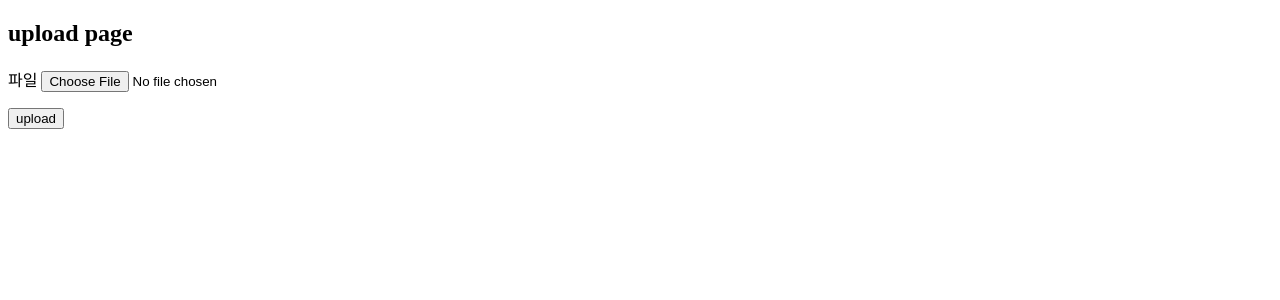
Repository: porivas/140630_Java
Page: http://localhost/140929_mp3_Prof/upload
An editor plug-in stored every save of this project. The page is shown before and after the next save, followed by the edit.
The browser window is 1280 px wide. The pictures show the whole page.
The page is served by Tomcat 9. Other server files are loaded and not shown.

Above is the page before, as saved 2014-09-29 11:39:49.

### 140929_mp3_Prof/WebContent/WEB-INF/jsp/upload.jsp
<%@ page language="java" contentType="text/html; charset=UTF-8"
    pageEncoding="UTF-8"%>
<%@ taglib prefix="c" uri="http://java.sun.com/jsp/jstl/core"%>
<!DOCTYPE html PUBLIC "-//W3C//DTD HTML 4.01 Transitional//EN" "http://www.w3.org/TR/html4/loose.dtd">
<html>
<head>
<meta http-equiv="Content-Type" content="text/html; charset=UTF-8">
<title>Insert title here</title>
</head>
<body>
	<h2>upload page</h2>

	<form method="post" action="upload" enctype="multipart/form-data" >
	<p> 파일 <input type = "file" name="filename"></p>
	<!--
	<p> 파일설명 <input type = "text" name="desc"></p>
	 -->
	<p><input type='submit' value='upload'></p>
	</form>

</body>
</html>

### 140929_mp3_Prof/src/org/thinker/mp3/controller/UploadController1.java
package org.thinker.mp3.controller;

import java.io.File;
import java.io.IOException;
import java.util.UUID;

import javax.servlet.ServletException;
import javax.servlet.annotation.MultipartConfig;
import javax.servlet.annotation.WebServlet;
import javax.servlet.http.HttpServlet;
import javax.servlet.http.HttpServletRequest;
import javax.servlet.http.HttpServletResponse;
import javax.servlet.http.Part;

import org.thinker.mp3.service.Mp3Service;
import org.thinker.mp3.vo.MP3;

/**
 * Servlet implementation class UploadController
 */
@WebServlet("/upload")
@MultipartConfig(fileSizeThreshold = 1024 * 1024 * 2, // 2MB
maxFileSize = 1024 * 1024 * 10, // 10MB
maxRequestSize = 1024 * 1024 * 50)
// 50MB
public class UploadController1 extends HttpServlet {
	private static final long serialVersionUID = 1L;

	/**
	 * @see HttpServlet#HttpServlet()
	 */
	public UploadController1() {
		super();
		// TODO Auto-generated constructor stub
	}

	/**
	 * @see HttpServlet#doGet(HttpServletRequest request, HttpServletResponse
	 *      response)
	 */
	protected void doGet(HttpServletRequest request,
			HttpServletResponse response) throws ServletException, IOException {

		request.getRequestDispatcher("/WEB-INF/jsp/upload.jsp").forward(
				request, response);
	}

	/**
	 * @see HttpServlet#doPost(HttpServletRequest request, HttpServletResponse
	 *      response)
	 */
	protected void doPost(HttpServletRequest request,
			HttpServletResponse response) throws ServletException, IOException {

		MP3 mp3 = new MP3(request.getParameter("filename"),
				request.getParameter("desc"));

		Mp3Service.instance.addMp3(mp3);

		System.out.println(mp3);

		response.sendRedirect("upload");
		// 사용자의 URL자체가 List를 가르키게 함.

		/**
		 * handles file upload
		 */
		// gets absolute path of the web application
//		String appPath = request.getServletContext().getRealPath("");
		String appPath = "C:\\zzz";
//		String appPath = new ListController().path;
		System.out.println(appPath);
//		appPath.replace("\\", "/");
//		System.out.println(appPath);
		// constructs path of the directory to save uploaded file
		String key = UUID.randomUUID().toString();
		String savePath = appPath + File.separator;

// creates the save directory if it does not exists
//		File fileSaveDir = new File(savePath);
//		if (!fileSaveDir.exists()) {
//			fileSaveDir.mkdir();
//		}
		System.out.println(savePath);
//		System.out.println(request.getParts());

		for (Part part : request.getParts()) {
			String filename = extractfilename(part);
//			String filename = request.getParameter("filename");
			part.write(savePath + File.separator + key +'_'+ filename);
		}
		System.out.println("업로드 프로세스 종료");
//		getServletContext().getRequestDispatcher("/WEB-INF/jsp/message.jsp").forward(
//				request, response);

	}

	/**
	 * Extracts file name from HTTP header content-disposition
	 */
	private String extractfilename(Part part) {
		String contentDisp = part.getHeader("content-disposition");
		String[] items = contentDisp.split(";");
		for (String s : items) {
			if (s.trim().startsWith("filename")) {
				return s.substring(s.indexOf("=") + 2, s.length() - 1);
			}
		}
		return "";
	}

}

After the next save:
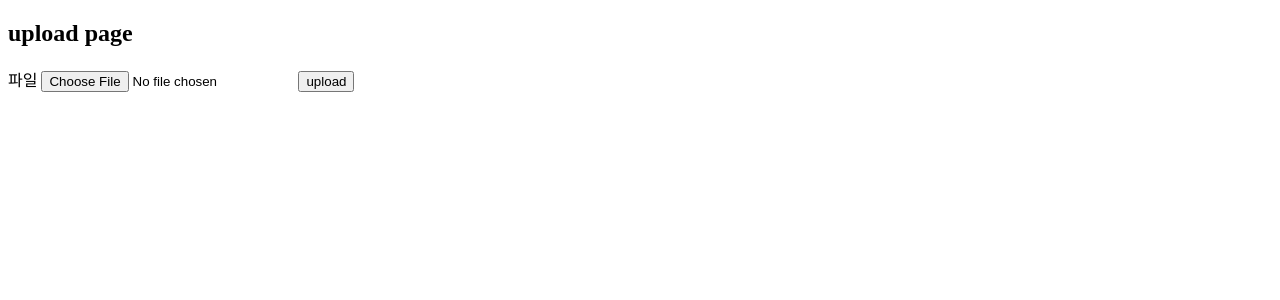
Saved 25 s later.
--- a/140929_mp3_Prof/WebContent/WEB-INF/jsp/upload.jsp
+++ b/140929_mp3_Prof/WebContent/WEB-INF/jsp/upload.jsp
@@ -11,11 +11,11 @@
 	<h2>upload page</h2>
 
 	<form method="post" action="upload" enctype="multipart/form-data" >
-	<p> 파일 <input type = "file" name="filename"></p>
-	<!--
+	파일 <input type = "file" name="filename">
+<!--
 	<p> 파일설명 <input type = "text" name="desc"></p>
 	 -->
-	<p><input type='submit' value='upload'></p>
+	<input type='submit' value='upload'>
 	</form>
 
 </body>
